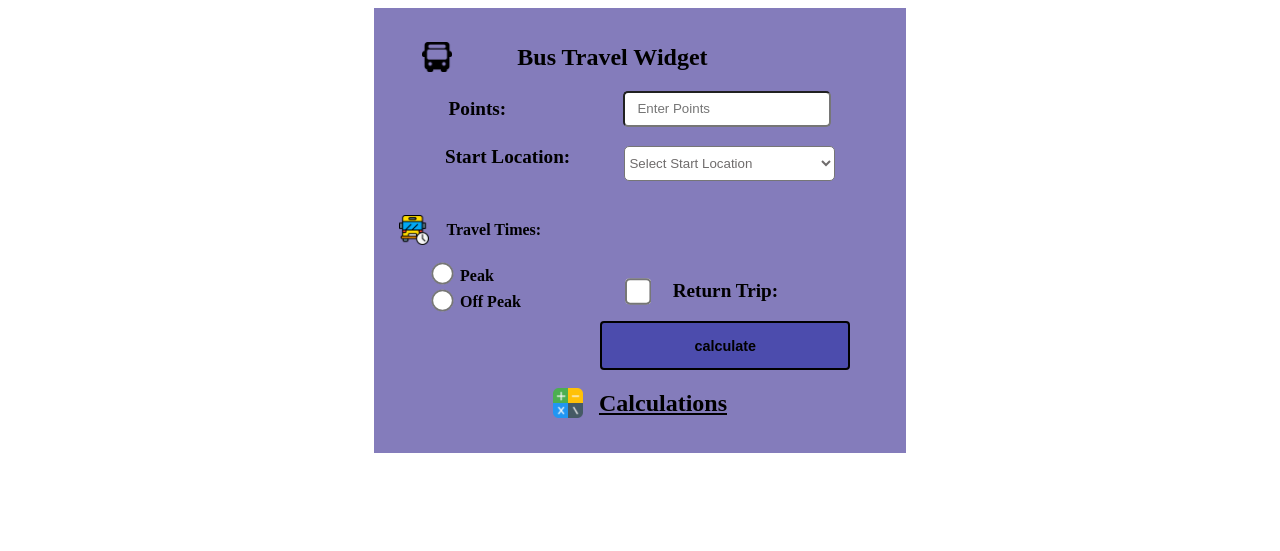
Repository: lasity34/bus_travel
Page: index.html
The author's editor kept a copy of each file at every save. The page is drawn from the files as they stood at one save, then again after the next save.
The browser window is 1280 px wide. The pictures show the whole page.

Above is the page before, as saved 2023-05-31 12:13:11.

After the next save:
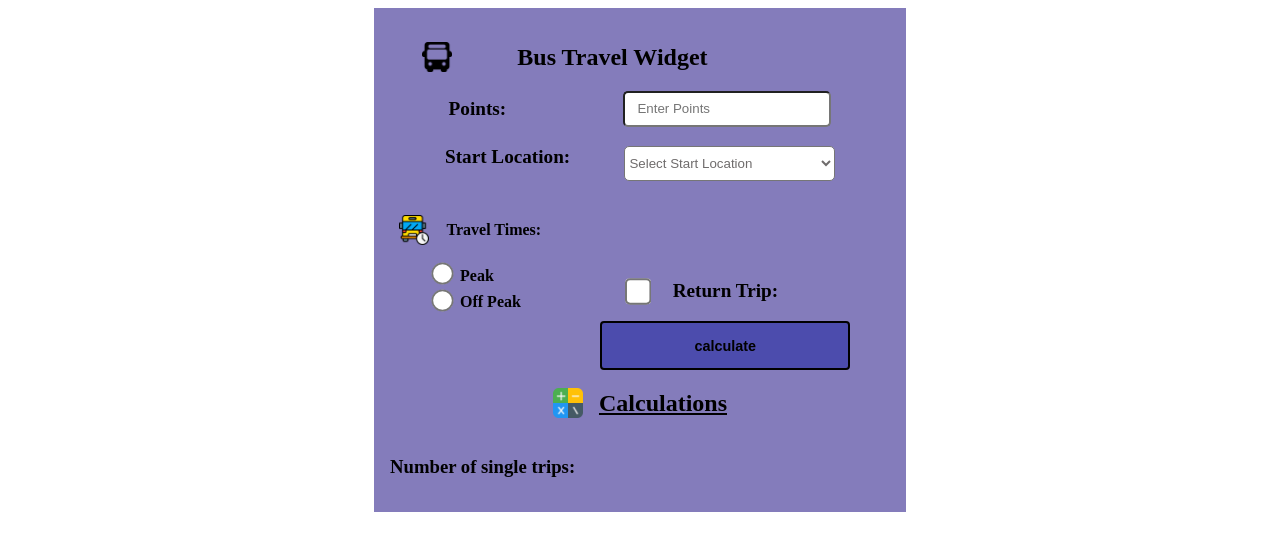
Saved 3 min 1 s later.
--- a/index.html
+++ b/index.html
@@ -59,6 +59,12 @@
           <img src="./images/calculator.png" width="30" height="30" />
           <h2>Calculations</h2>
         </div>
+        <div>
+          <div class="calculation_display">
+            <h3>Number of single trips:</h3>
+            <span></span>
+          </div>
+        </div>
       </section>
 
       <script src="./bus_travel_factory.js"></script>
